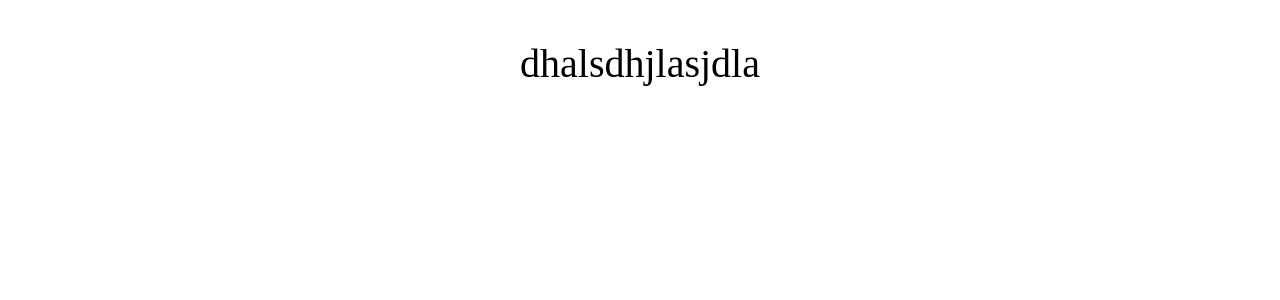
Repository: dreadlocker/testingOnPhones
Page: index.html
The author's editor kept a copy of each file at every save. The page is drawn from the files as they stood at one save, then again after the next save.
The browser window is 1280 px wide. The pictures show the whole page.

Above is the page before, as saved 2018-06-01 15:29:22.

After the next save:
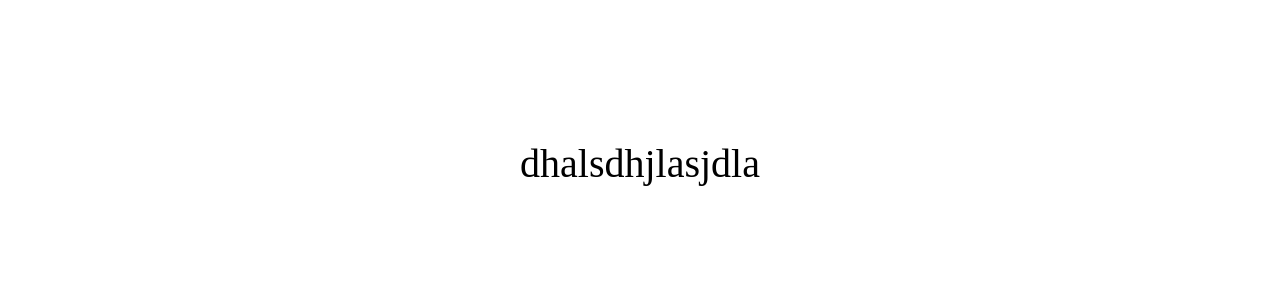
Saved 8 s later.
--- a/index.html
+++ b/index.html
@@ -9,7 +9,7 @@
 </head>
 
 <body>
-    <p style="text-align: center; font-size: 40px">dhalsdhjlasjdla</p>
+    <p style="text-align: center; font-size: 40px; padding-top: 100px;">dhalsdhjlasjdla</p>
     <script>
         var viewport = document.querySelector("meta[name=viewport]");
         viewport.content += ', maximum-scale=1';
